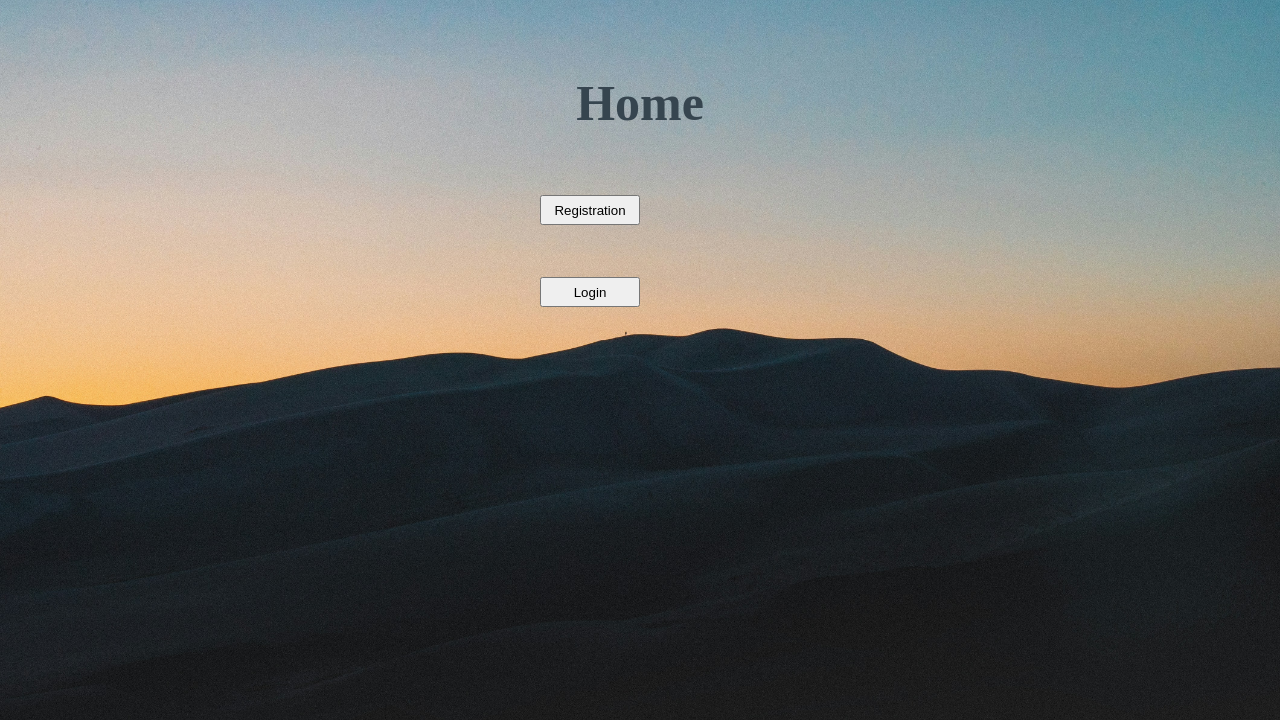
Repository: aboli-vyas/Servlet_Projects
Page: http://localhost/Sevlet_Project/
An editor plug-in stored every save of this project. The page is shown before and after the next save, followed by the edit.
The browser window is 1280 px wide. The pictures show the whole page.
The page is served by Tomcat 9.

Above is the page before, as saved 2025-06-09 15:58:30.

After the next save:
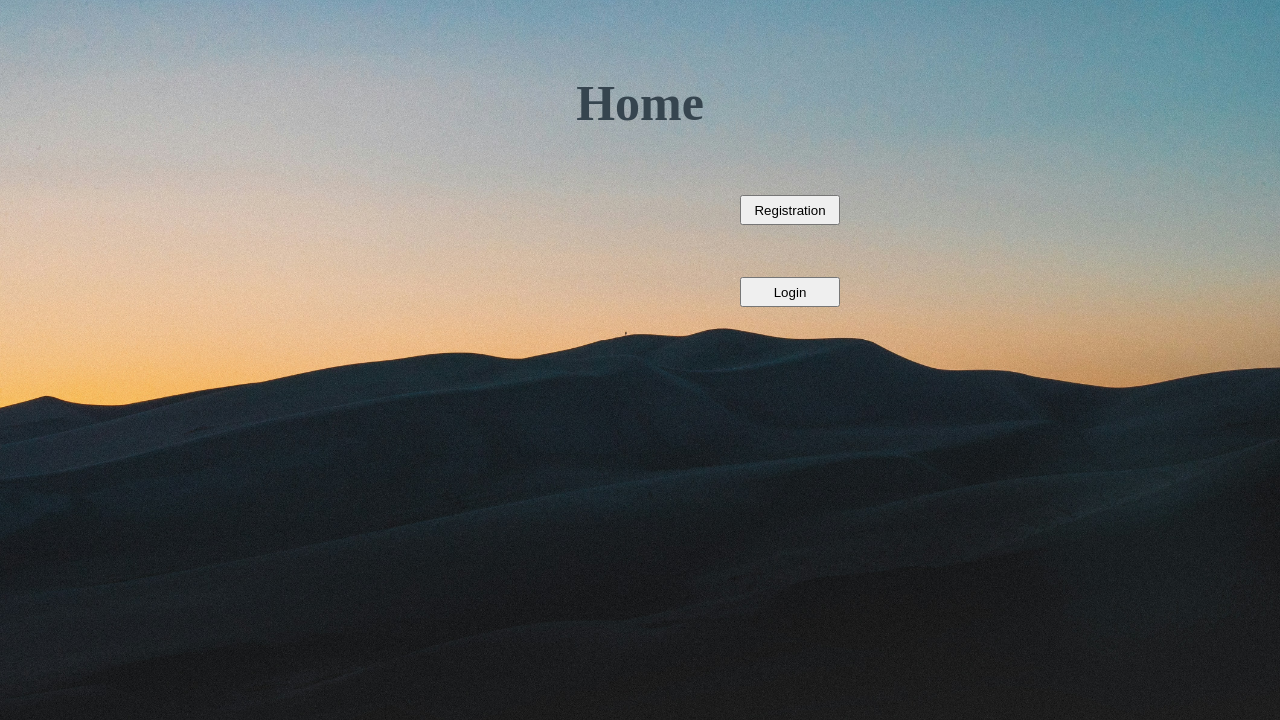
Saved 3 min 4 s later.
--- a/Sevlet_Project/src/main/webapp/style3.css
+++ b/Sevlet_Project/src/main/webapp/style3.css
@@ -19,5 +19,5 @@ button{
 	width:100px;
 	height: 30px;
 	margin-top: 30px;
-	margin-left: 500px;
+	margin-left: 700px;
 }
